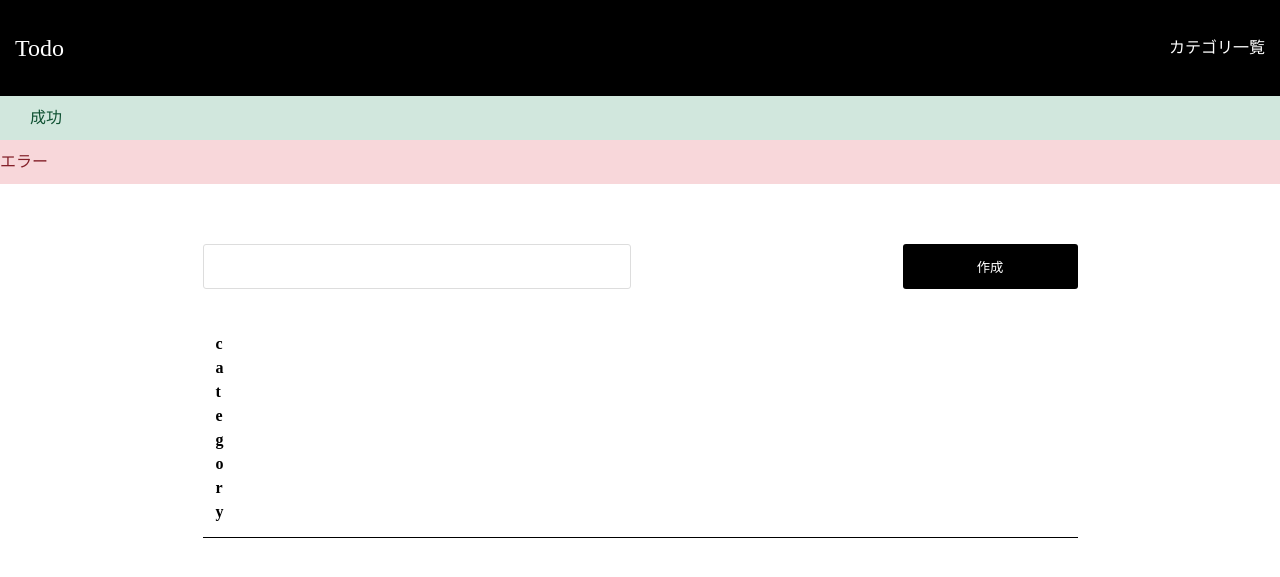
Repository: mayu-ya/todo4
Page: http://localhost/categories
The author's editor kept a copy of each file at every save. The page is drawn from the files as they stood at one save, then again after the next save.
The browser window is 1280 px wide. The pictures show the whole page.
The page is served by the project's Laravel application, run on PHP 8.4 with Laravel 8. Other server files are loaded and not shown. Queries for data that is not in the repository find no rows.

Above is the page before, as saved 2026-01-13 23:34:31.

### src/routes/web.php
<?php

use Illuminate\Support\Facades\Route;
use App\Http\Controllers\TodoController;
use App\Http\Controllers\CategoryController;

/*
|--------------------------------------------------------------------------
| Web Routes
|--------------------------------------------------------------------------
|
| Here is where you can register web routes for your application. These
| routes are loaded by the RouteServiceProvider within a group which
| contains the "web" middleware group. Now create something great!
|
*/

Route::get('/', [TodoController::class, 'index']);
Route::post('/todos', [TodoController::class, 'store']);
Route::patch('/todos/update', [TodoController::class, 'update']);
Route::delete('todos/delete', [TodoController::class, 'destroy']);

Route::get('/categories', [CategoryController::class, 'index']);

### src/app/Http/Controllers/CategoryController.php
<?php

namespace App\Http\Controllers;

use App\Models\Category;
use Illuminate\Http\Request;

class CategoryController extends Controller
{
    public function index()
    {
        $categories = Category::all();

        return view('category', compact('categories'));
    }
}

### src/app/Models/Category.php
<?php

namespace App\Models;

use Illuminate\Database\Eloquent\Factories\HasFactory;
use Illuminate\Database\Eloquent\Model;

class Category extends Model
{
    use HasFactory;

    protected $fillable = ['neme'];
}

### src/resources/views/category.blade.php
@extends('layouts.app')

@section('css')
<link rel="stylesheet" href="{{ asset('css/category.css') }}">
@endsection

@section('content')
<div class="category-message">
    <div class="category-success">
        <div class="category-success_message">成功</div>
    </div>
    <div class="category-error">
        <div class="category-error_message">エラー</div>
    </div>
</div>

<div class="content">
    <form class="category-form">
        <div class="category-form_item">
            <input type="text" class="category-form_item-input" name="category">
        </div>
        <div class="category-form_button">
            <button class="category-form_button-submit" type="submit">作成</button>
        </div>
    </form>

    <table class="table">
        <tr class="table-row">
            <th class="table-header">
                <div class="table-header-item">category</div>
            </th>
        </tr>
        @foreach($categories as $category)
        <tr class="table-row">
            <td class="table_item">
                <form class="table-update" action="/">
                    <div class="table-update_item">
                        <input type="text" class="table-update_item-input" name="category">
                    </div>
                    <div class="table-update_button">
                        <button class="table-update_button-submit" type="submit">更新</button>
                    </div>
                </form>
            </td>
            <td class="table_item">
                <form class="table-delete" action="/">
                    <div class="table-delete_button">
                        <button class="table-delete_button-submit" type="submit">削除</button>
                    </div>
                </form>
            </td>
        </tr>
        @endforeach
    </table>
</div>
@endsection

### src/resources/views/layouts/app.blade.php
<!DOCTYPE html>
<html lang="ja">
<head>
    <meta charset="UTF-8">
    <meta name="viewport" content="width=device-width, initial-scale=1.0">
    <title>Todo</title>
    <link rel="stylesheet" href="{{ asset('css/sanitize.css') }}">
    <link rel="stylesheet" href="{{ asset('css/common.css') }}">
    @yield('css')
</head>
<body>
    <header class="header">
        <div class="header-inner">
            <div class="header-utilities">
                <a href="/" class="header-logo">Todo</a>
                <nav>
                    <ul class="header-nav">
                        <li class="header-nav_item">
                            <a href="/categories" class="header-nav_link">カテゴリ一覧</a>
                        </li>
                    </ul>
                </nav>
            </div>
        </div>
    </header>

    <main>
        @yield('content')
    </main>
</body>
</html>

### src/public/css/sanitize.css
/* Document
* ========================================================================== */

/**
* Add border box sizing in all browsers (opinionated).
*/

*,
::before,
::after {
box-sizing: border-box;
}

/**
* 1. Add text decoration inheritance in all browsers (opinionated).
* 2. Add vertical alignment inheritance in all browsers (opinionated).
*/

::before,
::after {
vertical-align: inherit; /* 2 */
text-decoration: inherit; /* 1 */
}

/**
* 1. Use the default cursor in all browsers (opinionated).
* 2. Change the line height in all browsers (opinionated).
* 3. Use a 4-space tab width in all browsers (opinionated).
* 4. Remove the grey highlight on links in iOS (opinionated).
* 5. Prevent adjustments of font size after orientation changes in
*    IE on Windows Phone and in iOS.
* 6. Breaks words to prevent overflow in all browsers (opinionated).
*/

html {
word-break: break-word; /* 6 */
-moz-tab-size: 4; /* 3 */
tab-size: 4; /* 3 */
line-height: 1.5; /* 2 */
cursor: default; /* 1 */

-webkit-tap-highlight-color: transparent /* 4 */;
-ms-text-size-adjust: 100%; /* 5 */
-webkit-text-size-adjust: 100%; /* 5 */
}

/* Sections
* ========================================================================== */

/**
* Remove the margin in all browsers (opinionated).
*/

body {
margin: 0;
}

/**
* Correct the font size and margin on `h1` elements within `section` and
* `article` contexts in Chrome, Edge, Firefox, and Safari.
*/

h1 {
margin: 0.67em 0;
font-size: 2em;
}

/* Grouping content
* ========================================================================== */

/**
* Remove the margin on nested lists in Chrome, Edge, IE, and Safari.
*/

dl dl,
dl ol,
dl ul,
ol dl,
ul dl {
margin: 0;
}

/**
* Remove the margin on nested lists in Edge 18- and IE.
*/

ol ol,
ol ul,
ul ol,
ul ul {
margin: 0;
}

/**
* 1. Add the correct sizing in Firefox.
* 2. Show the overflow in Edge 18- and IE.
*/

hr {
overflow: visible; /* 2 */
height: 0; /* 1 */
}

/**
* Add the correct display in IE.
*/

main {
display: block;
}

/**
* Remove the list style on navigation lists in all browsers (opinionated).
*/

nav ol,
nav ul {
padding: 0;
list-style: none;
}

/**
* 1. Correct the inheritance and scaling of font size in all browsers.
* 2. Correct the odd `em` font sizing in all browsers.
*/

pre {
font-size: 1em; /* 2 */
font-family: monospace, monospace; /* 1 */
}

/* Text-level semantics
* ========================================================================== */

/**
* Remove the gray background on active links in IE 10.
*/

a {
background-color: transparent;
}

/**
* Add the correct text decoration in Edge 18-, IE, and Safari.
*/

abbr[title] {
text-decoration: underline;
text-decoration: underline dotted;
}

/**
* Add the correct font weight in Chrome, Edge, and Safari.
*/

b,
strong {
font-weight: bolder;
}

/**
* 1. Correct the inheritance and scaling of font size in all browsers.
* 2. Correct the odd `em` font sizing in all browsers.
*/

code,
kbd,
samp {
font-size: 1em; /* 2 */
font-family: monospace, monospace; /* 1 */
}

/**
* Add the correct font size in all browsers.
*/

small {
font-size: 80%;
}

/* Embedded content
* ========================================================================== */

/*
* Change the alignment on media elements in all browsers (opinionated).
*/

audio,
canvas,
iframe,
img,
svg,
video {
vertical-align: middle;
}

/**
* Add the correct display in IE 9-.
*/

audio,
video {
display: inline-block;
}

/**
* Add the correct display in iOS 4-7.
*/

audio:not([controls]) {
display: none;
height: 0;
}

/**
* Remove the border on iframes in all browsers (opinionated).
*/

iframe {
border-style: none;
}

/**
* Remove the border on images within links in IE 10-.
*/

img {
border-style: none;
}

/**
* Change the fill color to match the text color in all browsers (opinionated).
*/

svg:not([fill]) {
fill: currentColor;
}

/**
* Hide the overflow in IE.
*/

svg:not(:root) {
overflow: hidden;
}

/* Tabular data
* ========================================================================== */

/**
* Collapse border spacing in all browsers (opinionated).
*/

table {
border-collapse: collapse;
}

/* Forms
* ========================================================================== */

/**
* Remove the margin on controls in Safari.
*/

button,
input,
select {
margin: 0;
}

/**
* 1. Show the overflow in IE.
* 2. Remove the inheritance of text transform in Edge 18-, Firefox, and IE.
*/

button {
overflow: visible; /* 1 */
text-transform: none; /* 2 */
}

/**
* Correct the inability to style buttons in iOS and Safari.
*/

button,
[type="button"],
[type="reset"],
[type="submit"] {
-webkit-appearance: button;
}

/**
* 1. Change the inconsistent appearance in all browsers (opinionated).
* 2. Correct the padding in Firefox.
*/

fieldset {
padding: 0.35em 0.75em 0.625em; /* 2 */
border: 1px solid #a0a0a0; /* 1 */
}

/**
* Show the overflow in Edge 18- and IE.
*/

input {
overflow: visible;
}

/**
* 1. Correct the text wrapping in Edge 18- and IE.
* 2. Correct the color inheritance from `fieldset` elements in IE.
*/

legend {
display: table; /* 1 */
max-width: 100%; /* 1 */
color: inherit; /* 2 */
white-space: normal; /* 1 */
}

/**
* 1. Add the correct display in Edge 18- and IE.
* 2. Add the correct vertical alignment in Chrome, Edge, and Firefox.
*/

progress {
display: inline-block; /* 1 */
vertical-align: baseline; /* 2 */
}

/**
* Remove the inheritance of text transform in Firefox.
*/

select {
text-transform: none;
}

/**
* 1. Remove the margin in Firefox and Safari.
* 2. Remove the default vertical scrollbar in IE.
* 3. Change the resize direction in all browsers (opinionated).
*/

textarea {
overflow: auto; /* 2 */
margin: 0; /* 1 */
resize: vertical; /* 3 */
}

/**
* Remove the padding in IE 10-.
*/

[type="checkbox"],
[type="radio"] {
padding: 0;
}

/**
* 1. Correct the odd appearance in Chrome, Edge, and Safari.
* 2. Correct the outline style in Safari.
*/

[type="search"] {
outline-offset: -2px; /* 2 */

-webkit-appearance: textfield; /* 1 */
}

/**
* Correct the cursor style of increment and decrement buttons in Safari.
*/

::-webkit-inner-spin-button,
::-webkit-outer-spin-button {
height: auto;
}

/**
* Correct the text style of placeholders in Chrome, Edge, and Safari.
*/

::-webkit-input-placeholder {
color: inherit;
opacity: 0.54;
}

/**
* Remove the inner padding in Chrome, Edge, and Safari on macOS.
*/

::-webkit-search-decoration {
-webkit-appearance: none;
}

/**
* 1. Correct the inability to style upload buttons in iOS and Safari.
* 2. Change font properties to `inherit` in Safari.
*/

::-webkit-file-upload-button {
font: inherit; /* 2 */

-webkit-appearance: button; /* 1 */
}

/**
* Remove the inner border and padding of focus outlines in Firefox.
*/

::-moz-focus-inner {
padding: 0;
border-style: none;
}

/**
* Restore the focus outline styles unset by the previous rule in Firefox.
*/

:-moz-focusring {
outline: 1px dotted ButtonText;
}

/**
* Remove the additional :invalid styles in Firefox.
*/

:-moz-ui-invalid {
box-shadow: none;
}

/* Interactive
* ========================================================================== */

/*
* Add the correct display in Edge 18- and IE.
*/

details {
display: block;
}

/*
* Add the correct styles in Edge 18-, IE, and Safari.
*/

dialog {
position: absolute;
right: 0;
left: 0;
display: block;
margin: auto;
padding: 1em;
width: -moz-fit-content;
width: -webkit-fit-content;
width: fit-content;
height: -moz-fit-content;
height: -webkit-fit-content;
height: fit-content;
border: solid;
background-color: white;
color: black;
}

dialog:not([open]) {
display: none;
}

/*
* Add the correct display in all browsers.
*/

summary {
display: list-item;
}

/* Scripting
* ========================================================================== */

/**
* Add the correct display in IE 9-.
*/

canvas {
display: inline-block;
}

/**
* Add the correct display in IE.
*/

template {
display: none;
}

/* User interaction
* ========================================================================== */

/*
* 1. Remove the tapping delay in IE 10.
* 2. Remove the tapping delay on clickable elements
in all browsers (opinionated).
*/

a,
area,
button,
input,
label,
select,
summary,
textarea,
[tabindex] {
-ms-touch-action: manipulation; /* 1 */
touch-action: manipulation; /* 2 */
}

/**
* Add the correct display in IE 10-.
*/

[hidden] {
display: none;
}

/* Accessibility
* ========================================================================== */

/**
* Change the cursor on busy elements in all browsers (opinionated).
*/

[aria-busy="true"] {
cursor: progress;
}

/*
* Change the cursor on control elements in all browsers (opinionated).
*/

[aria-controls] {
cursor: pointer;
}

/*
* Change the cursor on disabled, not-editable, or otherwise
* inoperable elements in all browsers (opinionated).
*/

[aria-disabled="true"],
[disabled] {
cursor: not-allowed;
}

/*
* Change the display on visually hidden accessible elements
* in all browsers (opinionated).
*/

[aria-hidden="false"][hidden] {
display: initial;
}

[aria-hidden="false"][hidden]:not(:focus) {
position: absolute;
clip: rect(0, 0, 0, 0);
}

### src/public/css/common.css
.header {
    background: #000;
    max-width: 1536px;
}

.header-inner {
    width: 100%;
    margin: 0 auto;
    padding: 20px 15px;
}

.header-utilities {
    display: flex;
    align-items: center;
    justify-content: space-between;
}

.header-logo {
    display: block;
    font-size: 24px;
    color: #fff;
    text-decoration: none;
    cursor: pointer;
}

.header-nav_link {
    color: #fff;
    text-decoration: none;
}

### src/public/css/category.css
.category-success_message {
    padding: 10px 30px;
    background: #d1e7dd;
    color: #0f5132;
    border-color: #badbcc;
}

.category-error_message {
    padding: 10px 0;
    background: #f8d7da;
    color: #842029;
    border-color: #f5c2c7;
}

.content {
    max-width: 1536px;
    margin: 0 auto;
    padding: 60px 15px;
}


.category-form {
    display: flex;
    width: 70%;
    justify-content: space-between;
    margin: 0 auto;
    margin-bottom: 15px;
    align-items: center;
}

.category-form_item {
    width: 70%;
}

.category-form_item-input {
    margin-right: 10px;
    padding: 10px;
    width: 70%;
    height: 45px;
    border: 1px solid #ddd;
    border-radius: 3px;
    outline: none;
}

.category-form_button {
    width: 20%;
}

.category-form_button-submit {
    padding: 10px;
    width: 100%;
    height: 45px;
    border: none;
    border-radius: 3px;
    background: #000;
    color: #fff;
    cursor: pointer;
}

.table {
    margin: 30px auto;
    width: 70%;
    text-align: center;
}

.table-row {
    display: flex;
    border-bottom: 1px solid #000;
}

.table-header-item {
    padding: 12px;
    width: 20%;
    text-align: left;
    font-weight: bold;
}

.table-update {
    display: flex;
    align-items: center;
    justify-content: space-between;
}

.table-update_item {
    width: 40%;
    line-height: 50%
}

.table-update_item-input {
    width: 100%;
    outline: none;
    border: none;
}

.table_item:first-of-type {
    padding: 12px;
    width: 90%;
}

.table-update_button {
    width: 50px;
}

.table-update_button-submit {
    padding: 5px;
    width: 100%;
    border: none;
    border-radius: 3px;
    background: #00f;
    color: #fff;
    cursor: pointer;
}

.table-delete_button {
    width: 50px;
    padding: 12px 0;
}

.table-delete_button-submit {
    padding: 5px;
    width: 100%;
    border: none;
    border-radius: 3px;
    background: #ff0000;
    color: #fff;
    cursor: pointer;
}

Loaded but not shown: src/app/Http/Controllers/Controller.php (common file)

After the next save:
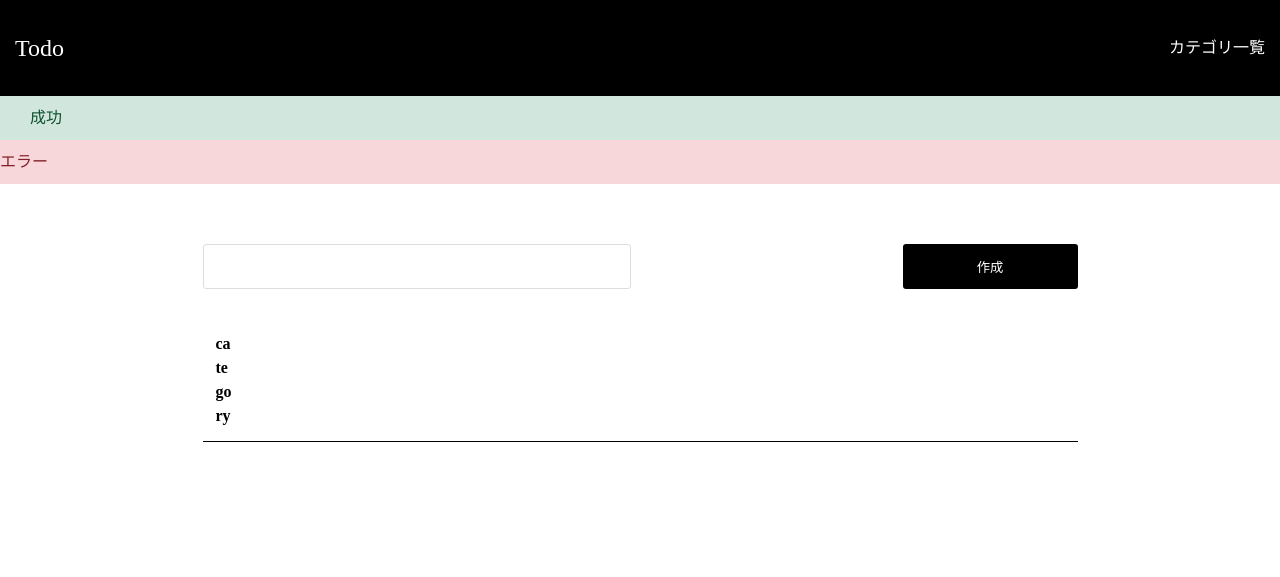
Saved 119 s later.
--- a/src/public/css/category.css
+++ b/src/public/css/category.css
@@ -70,7 +70,7 @@
 
 .table-header-item {
     padding: 12px;
-    width: 20%;
+    width: 50%;
     text-align: left;
     font-weight: bold;
 }
